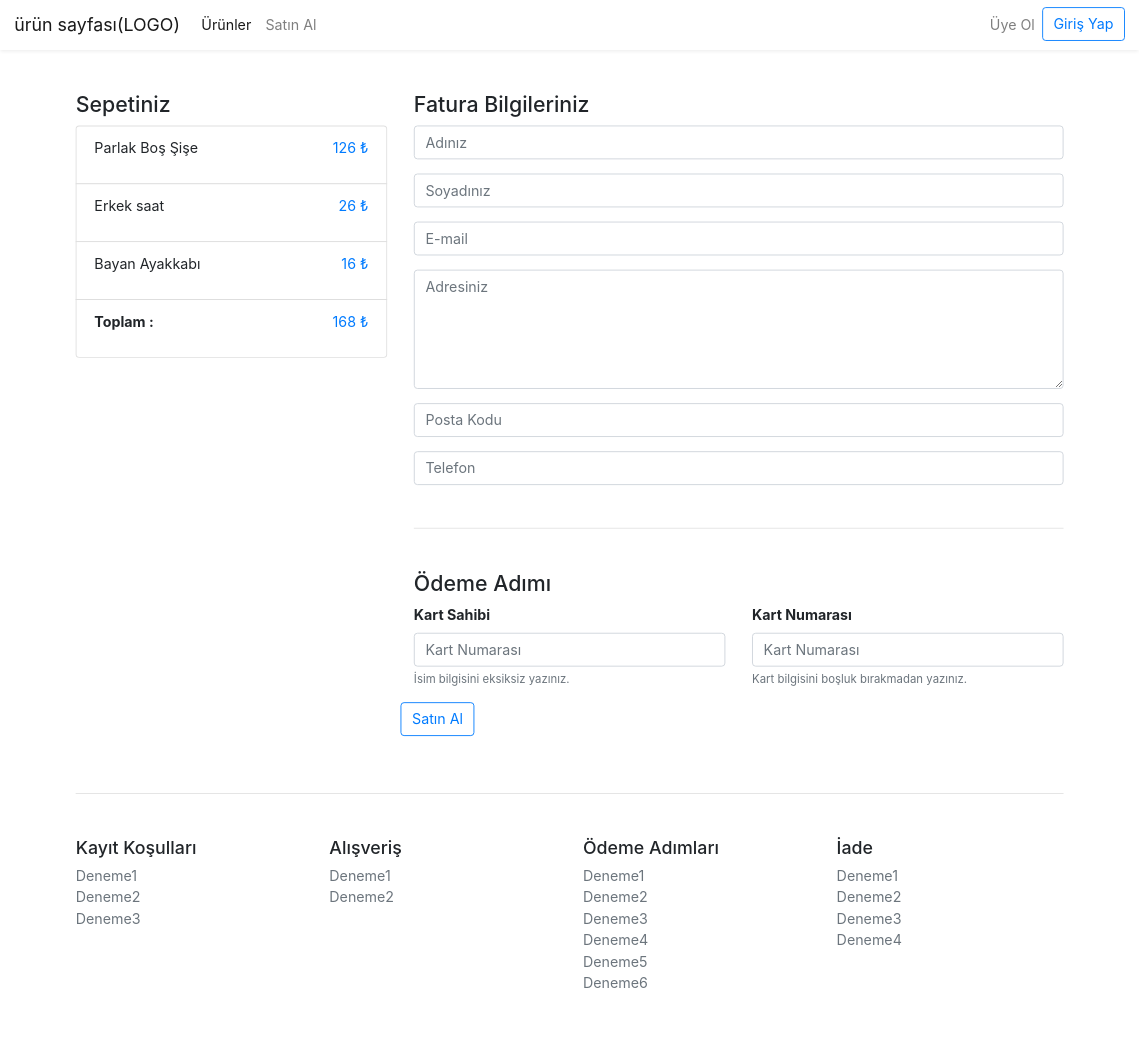
Repository: NergisAktug/E-Commerce-PythonWithFlask-Sqlite3
Page: templates/ödeme.html
These files come from the project's save history. The page is drawn as it stood at one moment and after the next save; the edit follows.
The browser window is 1280 px wide. The pictures show the whole page, at 89% of full size.

Above is the page before, as saved 2018-11-24 01:01:48.

After the next save:
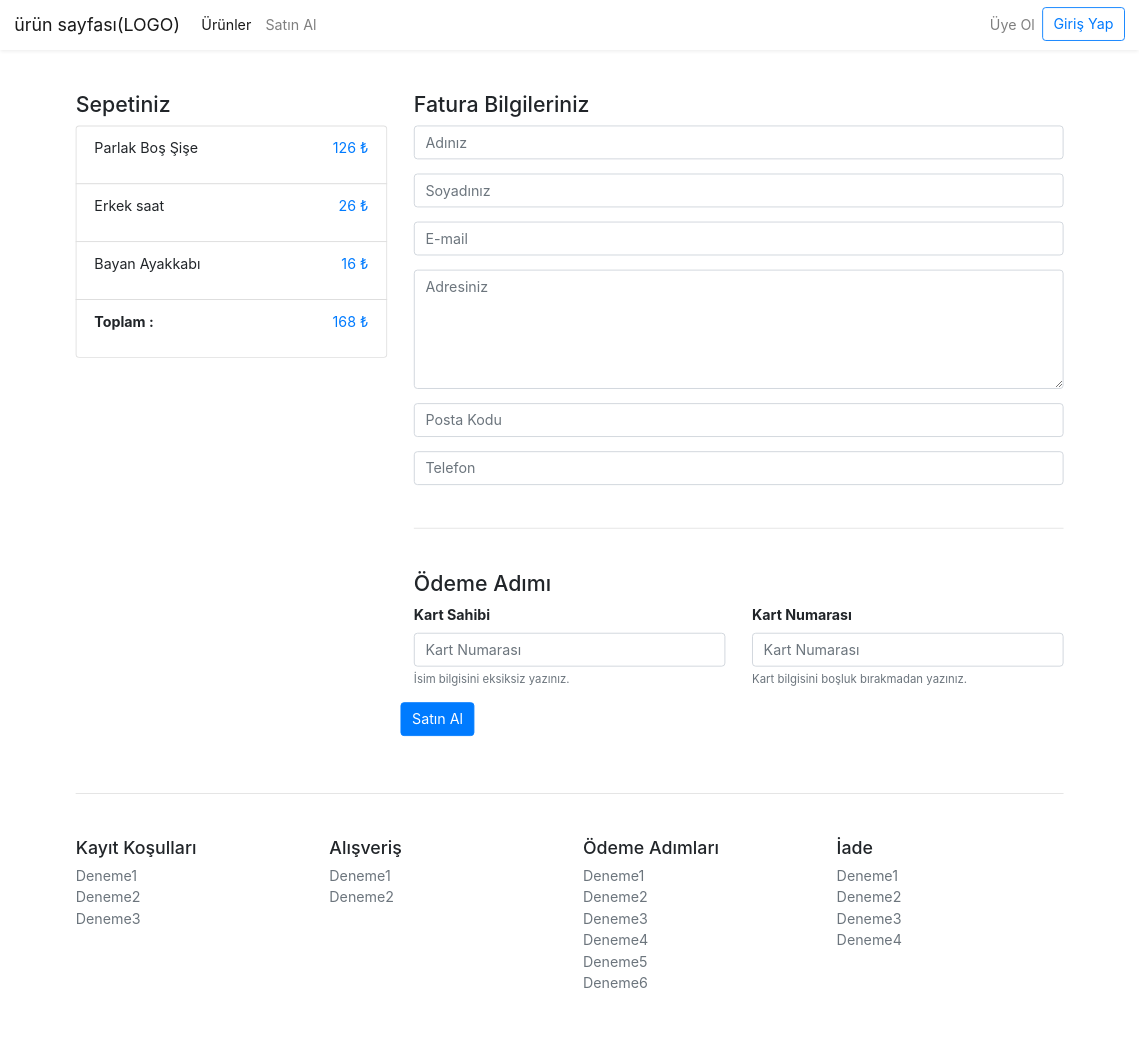
Saved 38 s later.
--- a/templates/ödeme.html
+++ b/templates/ödeme.html
@@ -102,7 +102,7 @@
                   </div>
                     </div>
                     <div class="form-group">
-                            <button type="submit" class="btn btn-outline-primary float-right" required>Satın Al</button>
+                            <button type="submit" class="btn btn-primary btn-block" required>Satın Al</button>
                          </div>
                    </div>
 
